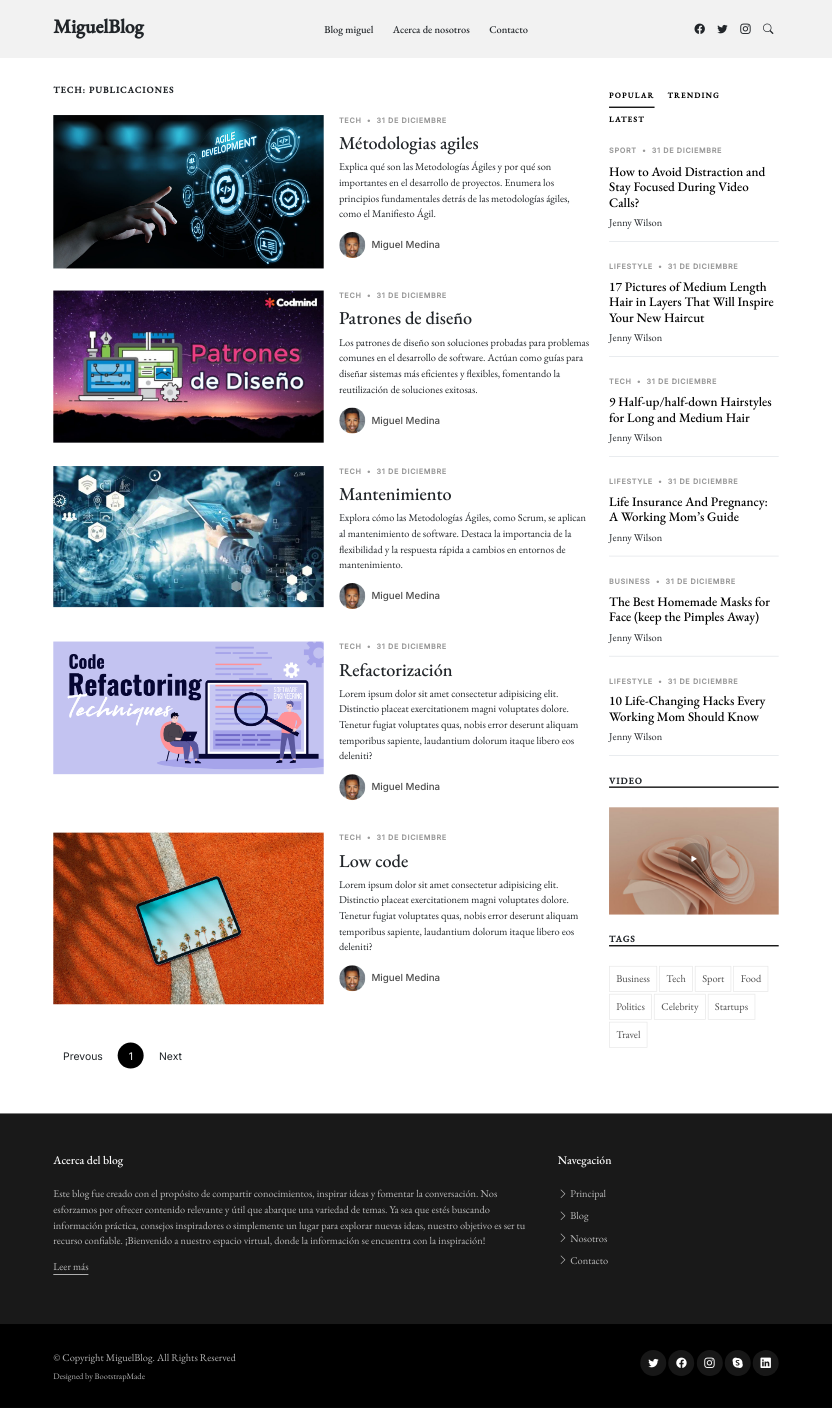
Repository: MiguelDev5/blog-miguel
Page: index.html
An editor plug-in stored every save of this project. The page is shown before and after the next save, followed by the edit.
The browser window is 1280 px wide. The pictures show the whole page, at 65% of full size.
Some web fonts or font styles are not loaded; a fallback is used.

Above is the page before, as saved 2024-01-01 20:37:39.

After the next save:
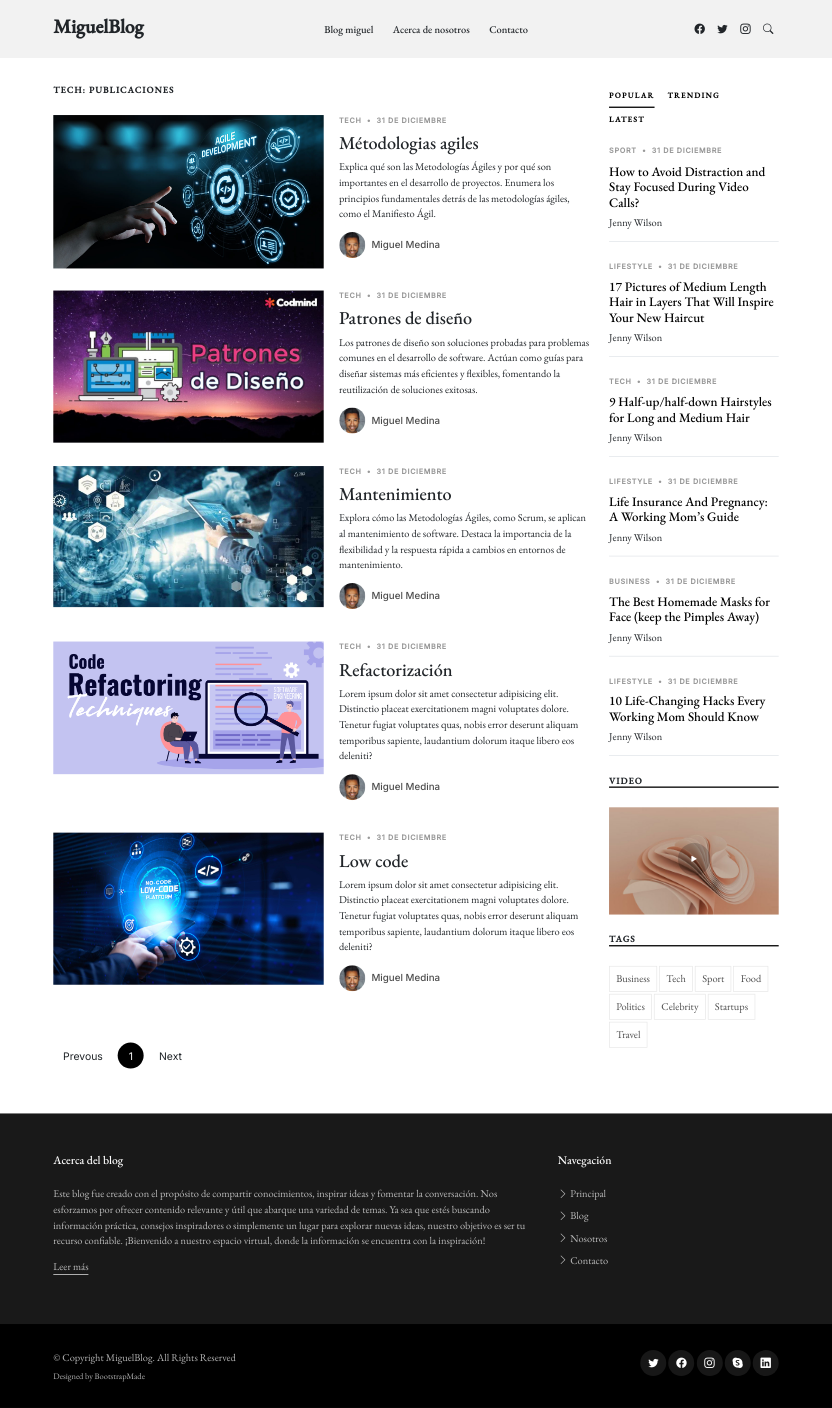
Saved 6 s later.
--- a/index.html
+++ b/index.html
@@ -160,7 +160,7 @@
 
             <div class="d-md-flex post-entry-2 half">
               <a href="single-post.html" class="me-4 thumbnail">
-                <img src="assets/img/post-landscape-3.jpg" alt="" class="img-fluid">
+                <img src="assets/img/lc001.jpg" alt="" class="img-fluid">
               </a>
               <div>
                 <div class="post-meta"><span class="date">Tech</span> <span class="mx-1">&bullet;</span> <span>31 de Diciembre</span></div>
